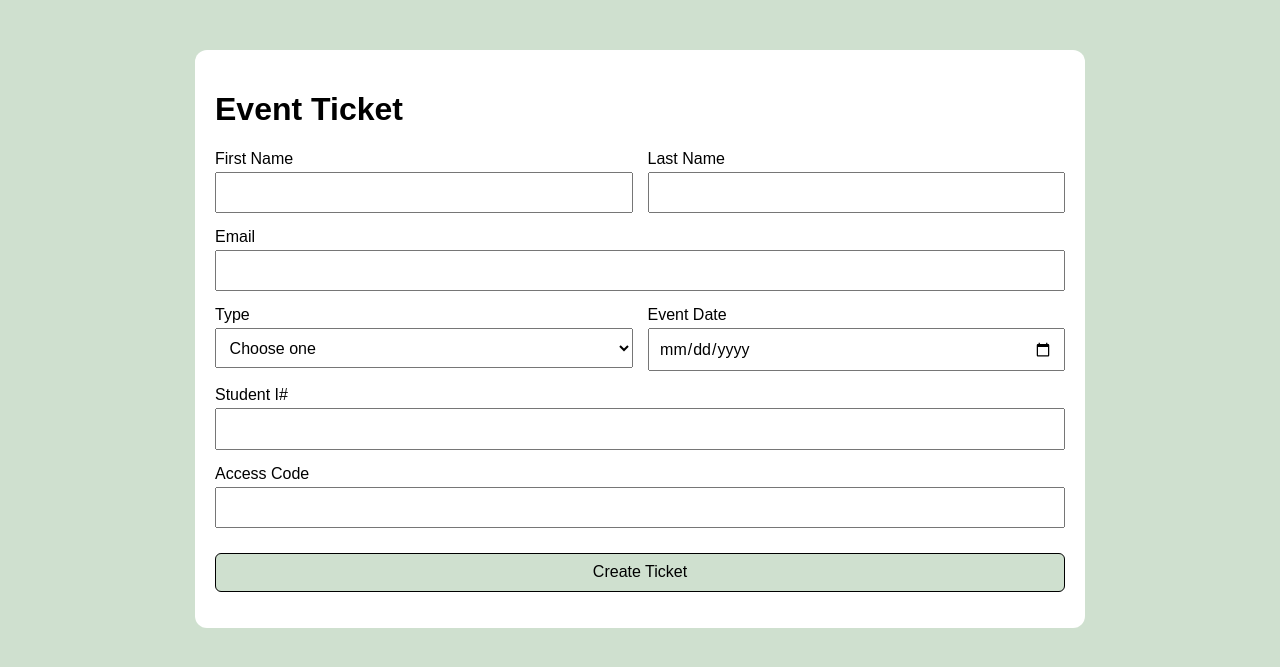
Repository: auqs/wdd131
Page: eventform/index.html
These files come from the project's save history. The page is drawn as it stood at one moment and after the next save; the edit follows.
The browser window is 1280 px wide. The pictures show the whole page.

Above is the page before, as saved 2026-06-06 23:40:38.
Not found: eventform/script.js

After the next save:
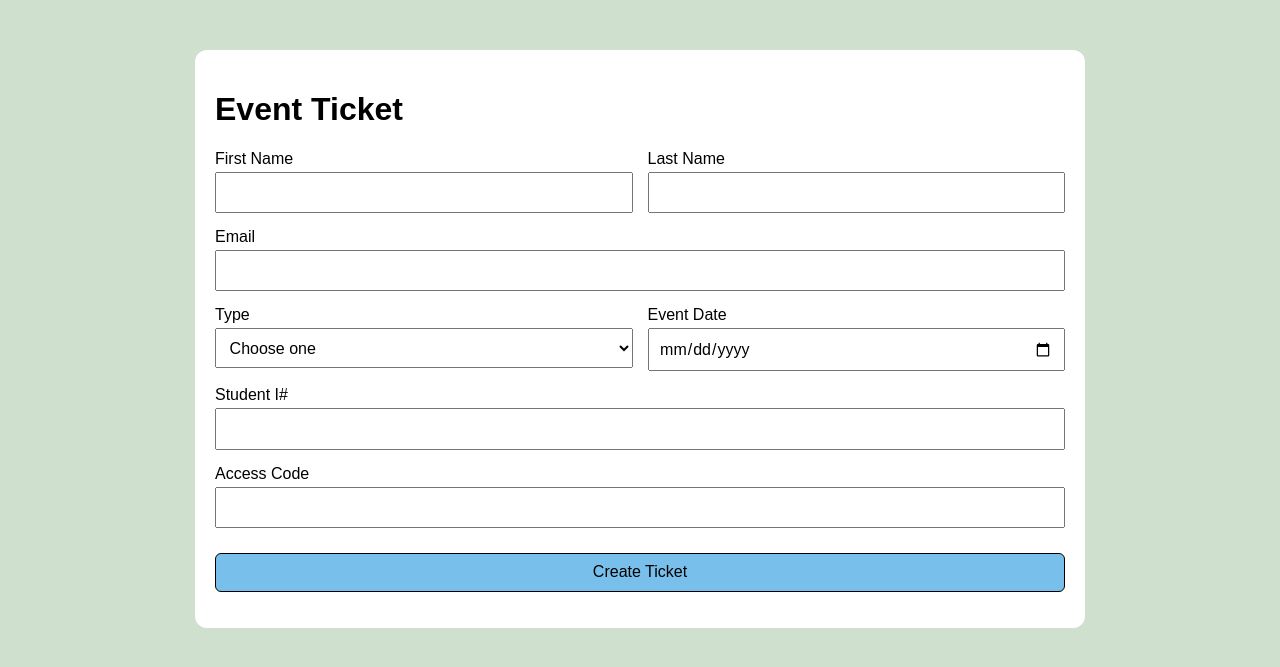
Saved 15 s later.
--- a/eventform/styles.css
+++ b/eventform/styles.css
@@ -36,7 +36,7 @@ button {
 }
 
 button {
-  background: #cfe0cf;
+  background: #78c0eb;
   border: 1px solid black;
   border-radius: 6px;
   cursor: pointer;
